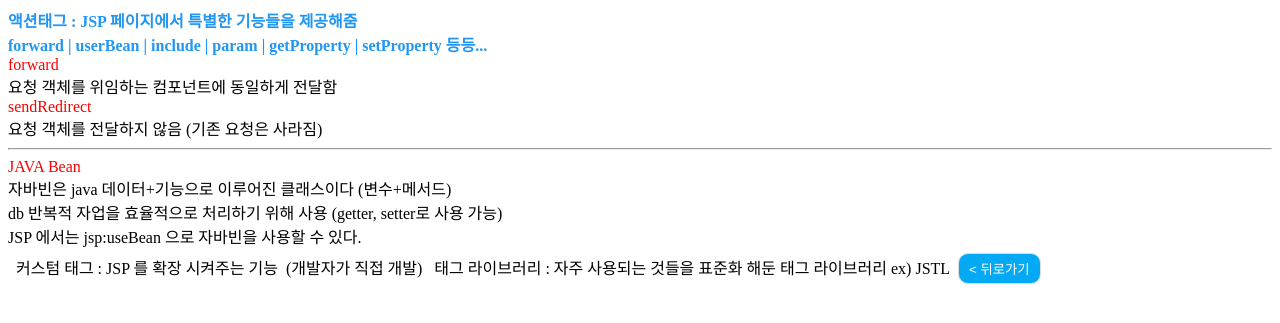
Repository: hyejux/JSP_STUDY
Page: http://localhost/JSPPractice2/JSP_ex5.jsp
The author's editor kept a copy of each file at every save. The page is drawn from the files as they stood at one save, then again after the next save.
The browser window is 1280 px wide. The pictures show the whole page.
The page is served by Tomcat 9.

Above is the page before, as saved 2025-01-07 16:54:39.

After the next save:
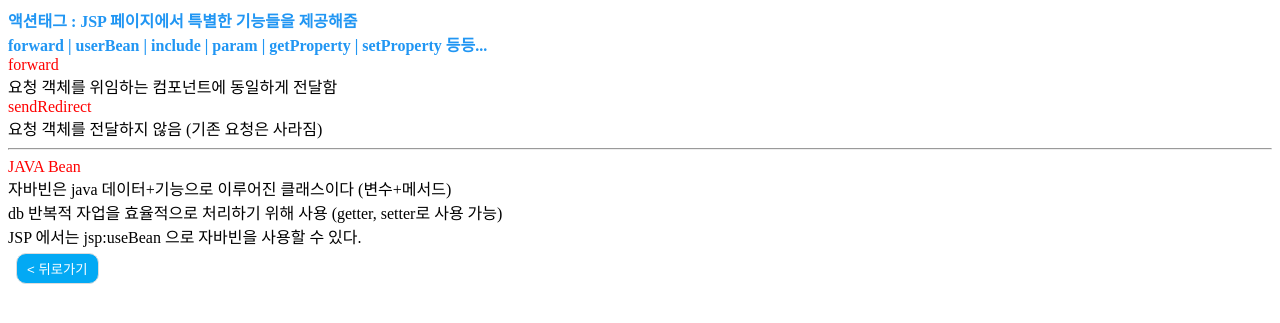
Saved 33 s later.
--- a/JSPPractice2/src/main/webapp/JSP_ex5.jsp
+++ b/JSPPractice2/src/main/webapp/JSP_ex5.jsp
@@ -29,12 +29,6 @@
 	<div> JSP 에서는 jsp:useBean 으로 자바빈을 사용할 수 있다.</div>
 
 
-
-
-커스텀 태그 : JSP 를 확장 시켜주는 기능  (개발자가 직접 개발)
-
-태그 라이브러리 : 자주 사용되는 것들을 표준화 해둔 태그 라이브러리 ex) JSTL
-
 <button type="button" class="btn1"  onclick = "location.href='index.jsp'"> < 뒤로가기 </button>
 </body>
 </html>
